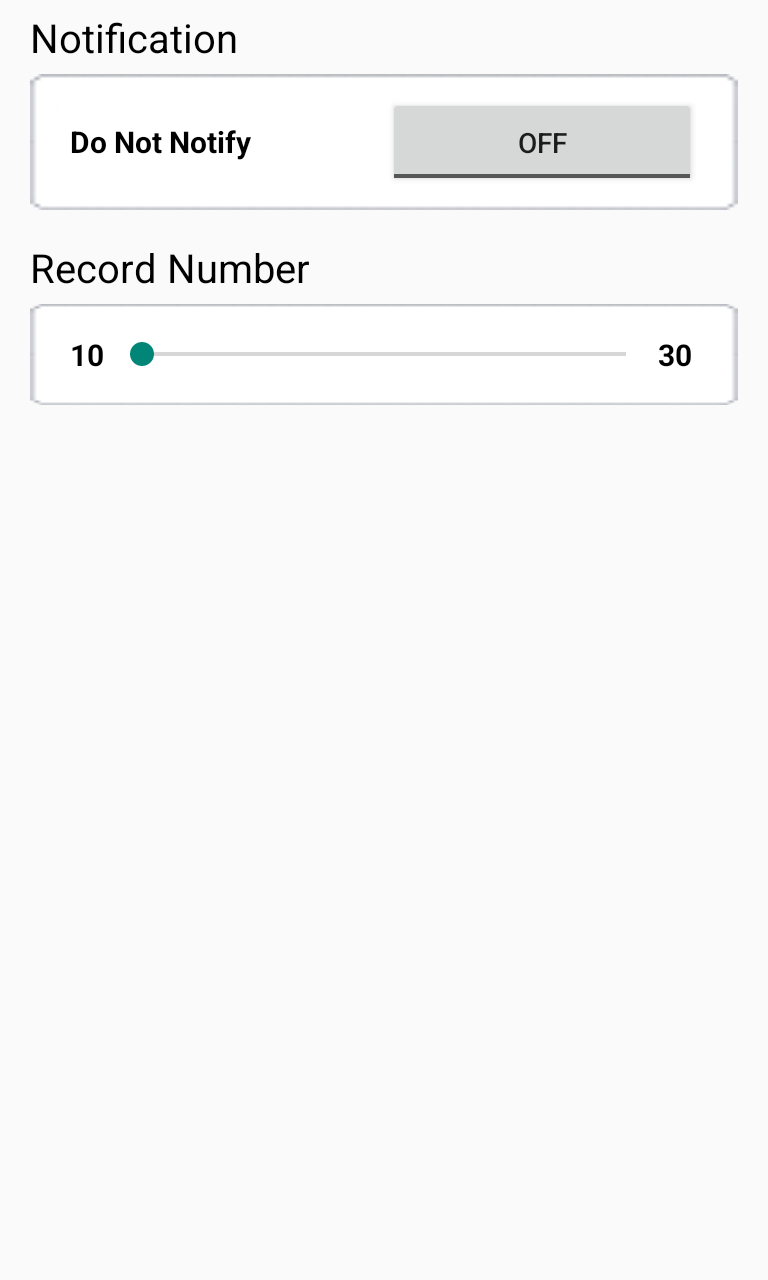
Repository: GitDidNotExitCleanly/AndroidTimer
Layout: G54MDP_Stopwatch/res/layout/fragment_settings.xml
An editor plug-in stored every save of this project. The layout is shown before and after the next save, followed by the edit.
It is drawn on a 768 x 1280 px phone screen (xhdpi) without system bars, with theme AppTheme; the app's code is not run.

Above is the layout before, as saved 2015-03-09 12:14:51.

After the next save:
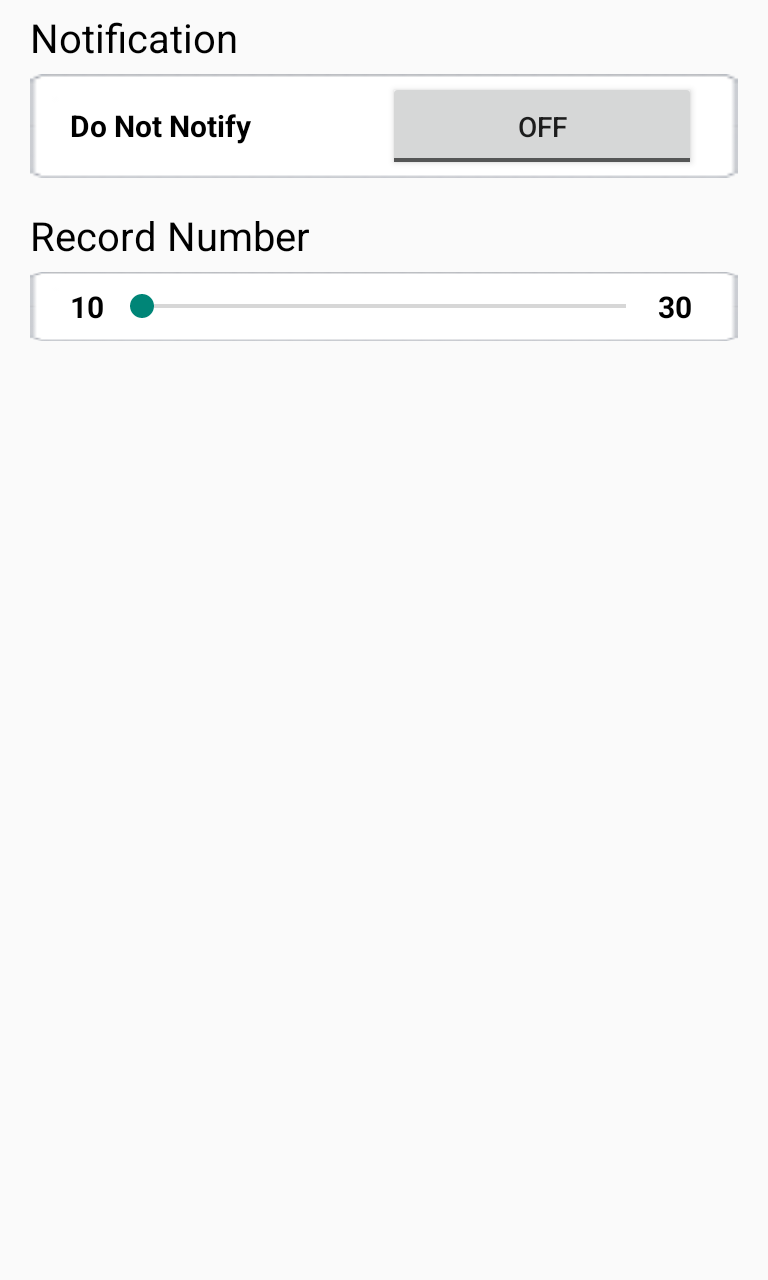
Saved 33 s later.
--- a/G54MDP_Stopwatch/res/layout/fragment_settings.xml
+++ b/G54MDP_Stopwatch/res/layout/fragment_settings.xml
@@ -25,8 +25,8 @@
            android:layout_height="wrap_content"
            android:layout_marginBottom="5dp"
            android:layout_marginTop="5dp"
-           android:paddingTop="10dp"
-           android:paddingBottom="10dp"
+           android:paddingTop="2dp"
+           android:paddingBottom="2dp"
            android:paddingLeft="20dp"
            android:paddingRight="20dp"
            android:background="@drawable/settings_border"
@@ -77,8 +77,8 @@
             android:background="@drawable/settings_border"
             android:gravity="center"
             android:orientation="horizontal"
-            android:paddingTop="15dp"
-            android:paddingBottom="15dp"
+            android:paddingTop="7dp"
+            android:paddingBottom="7dp"
             android:paddingLeft="20dp"
             android:paddingRight="20dp" >
 
